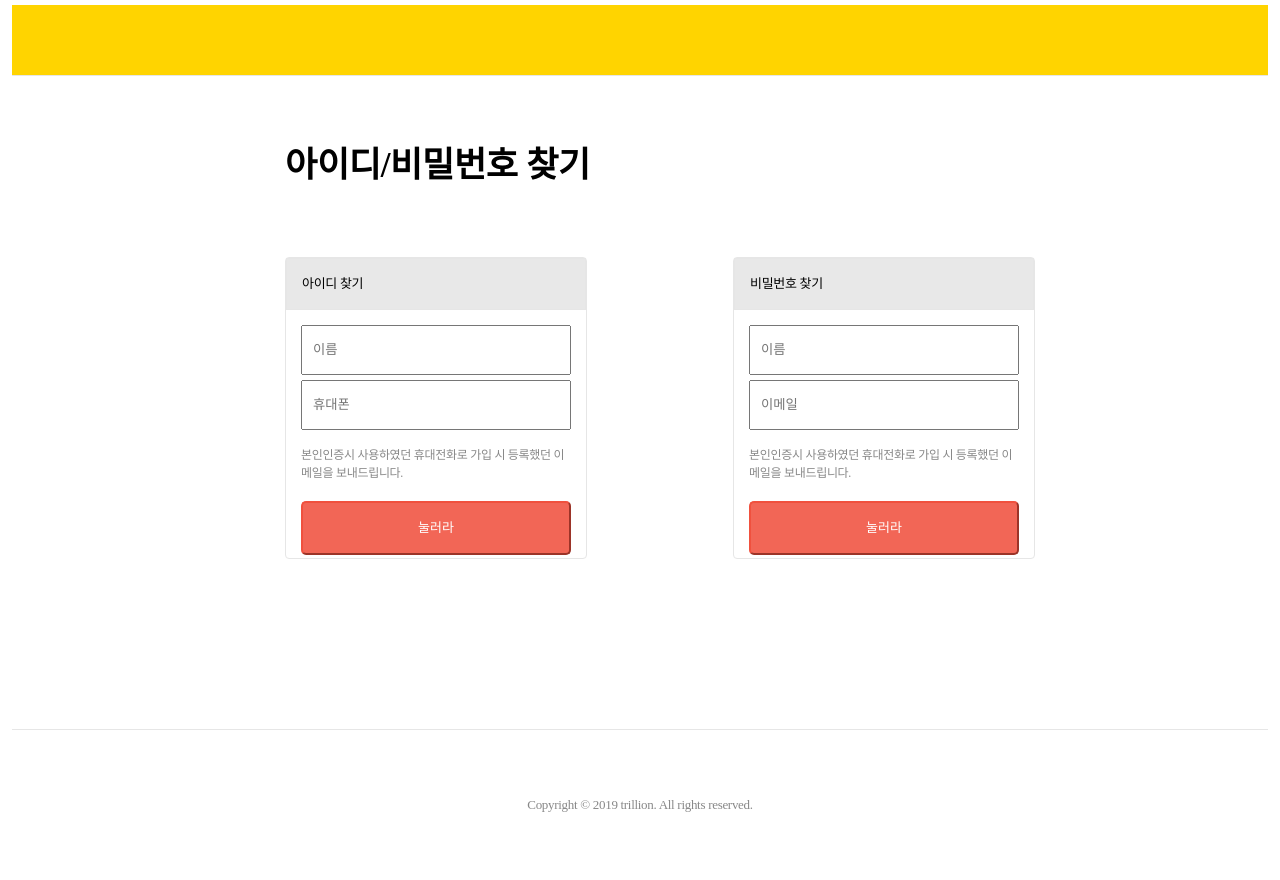
Repository: agheha/trillion
Page: YH/study_project/html/find.html
These files come from the project's save history. The page is drawn as it stood at one moment and after a run of saves; the edit follows.
The browser window is 1280 px wide. The pictures show the whole page.

Above is the page before, as saved 2019-09-05 17:56:05.

After the next 2 saves:
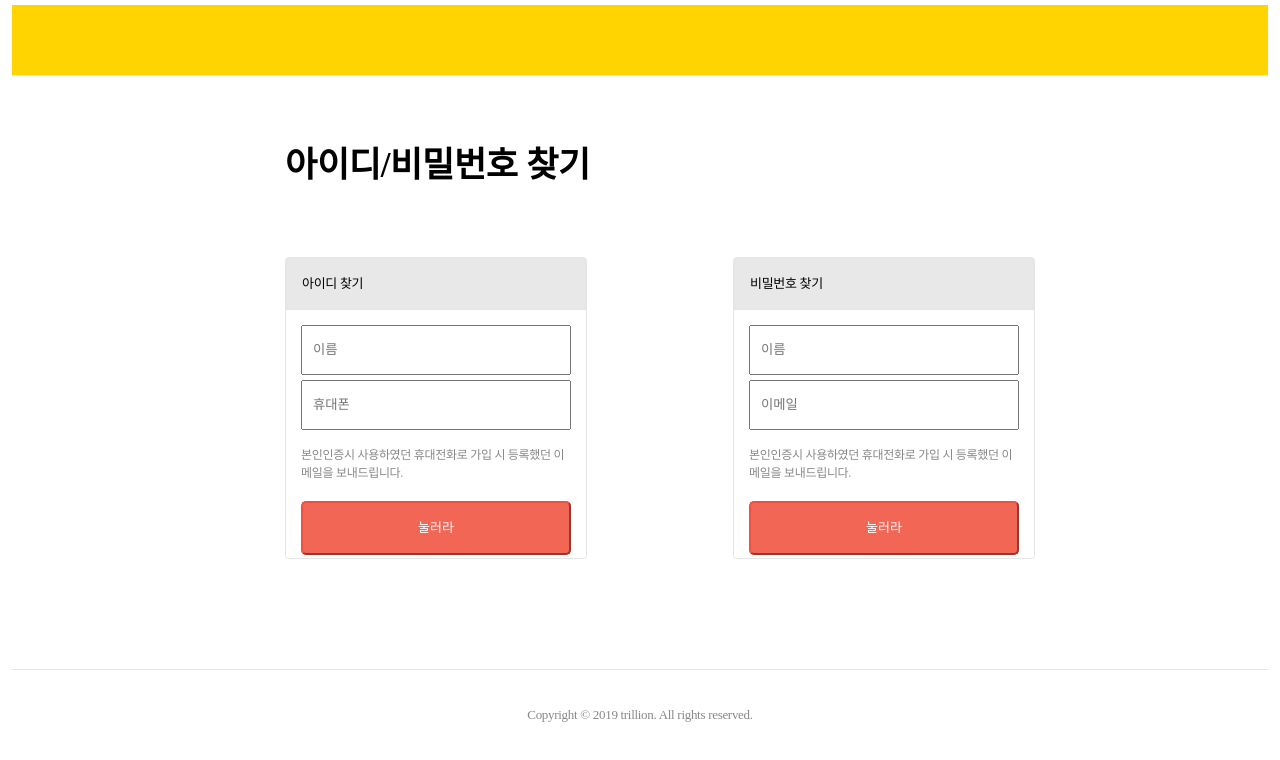
The 2 saves are shown as one change because they came seconds apart.
The last was saved 13 s later.
--- a/YH/study_project/css/find.css
+++ b/YH/study_project/css/find.css
@@ -87,11 +87,11 @@ input {
 }
 .foot {
     border-top: 1px solid #E6E6E6;
-    margin-top : 150px;
+    margin-top : 90px;
     height: 50px;
     width: 100%;
     text-align: center;
-    line-height: 150px;
+    line-height: 90px;
     color : #888;
 }
 html {
